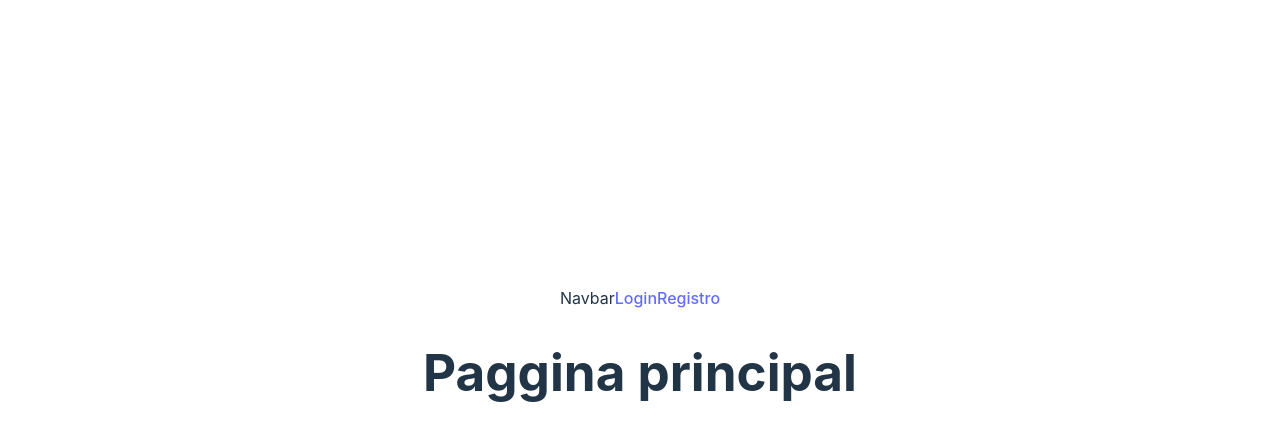
Repository: cvalenciapatagonia/Desafio-1-React-II
Page: /
These files come from the project's save history. The page is drawn as it stood at one moment and after the next save; the edit follows.
The browser window is 1280 px wide. The pictures show the whole page.
The project was rebuilt for these pictures with package versions that can differ from the ones it lists, and the page was loaded fresh each time. Also part of the build but not shown: vite.config.js, src/components/Registro.jsx, src/views/Registro.jsx, src/views/NotFound.jsx. Imported but missing from the stored project, and not drawn on this page: src/views/Login.

Above is the page before, as saved 2023-09-22 12:40:23.

### src/App.jsx
import "./App.css";
import { BrowserRouter, Routes, Route } from "react-router-dom";

import Login from "./views/Login";
import Registro from "./views/Registro";
import NotFound from "./views/NotFound";

import Navbar from "./components/Navbar";
import Home from "./views/Home";
function App() {
  return (
    <>
      <div>
        <BrowserRouter>
          <Navbar />

          <Routes>
            <Route path="/" element={<Home />} />
            <Route path="/login" element={<Login />} />
            <Route path="/registro" element={<Registro />} />
            <Route path="*" element={<NotFound />} />
          </Routes>
        </BrowserRouter>
      </div>
    </>
  );
}

export default App;

### src/components/Navbar.jsx
import React from "react";
import { Link } from "react-router-dom";

export default function Navigation() {
  return (
    <>
      <div>
        Navbar
        <Link to="/login">Login</Link>
        <Link to="/registro">Registro</Link>
      </div>
    </>
  );
}

### src/views/Home.jsx
import React from 'react'

export default function Home() {
  return (
    <div>
        <h1>Paggina principal</h1>
    </div>
  )
}

Loaded but not shown: index.html (common file); src/main.jsx (common file); src/index.css (common file); src/App.css (common file)

After the next save:
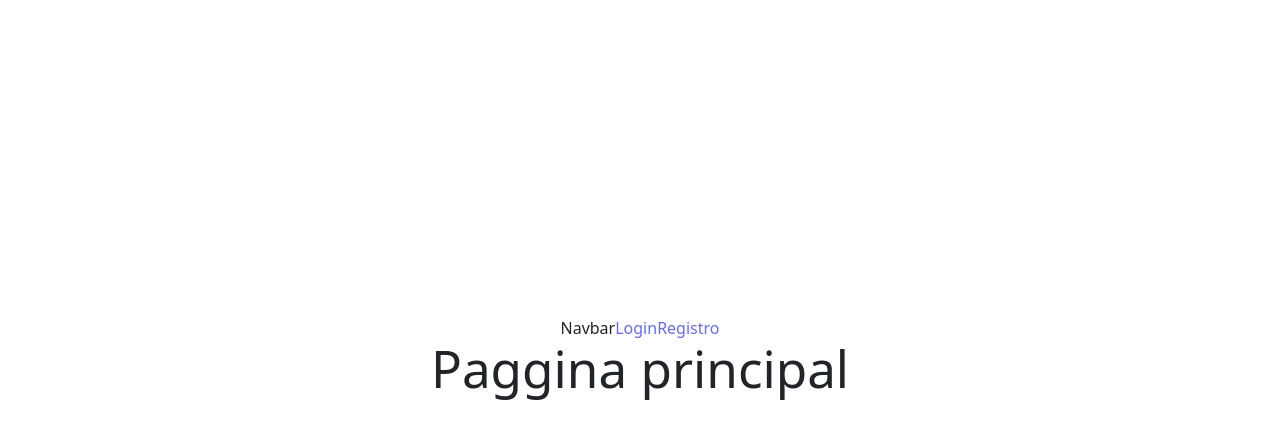
Saved 10 min 25 s later.
--- a/src/App.jsx
+++ b/src/App.jsx
@@ -1,4 +1,5 @@
 import "./App.css";
+import "bootstrap/dist/css/bootstrap.min.css";
 import { BrowserRouter, Routes, Route } from "react-router-dom";
 
 import Login from "./views/Login";
